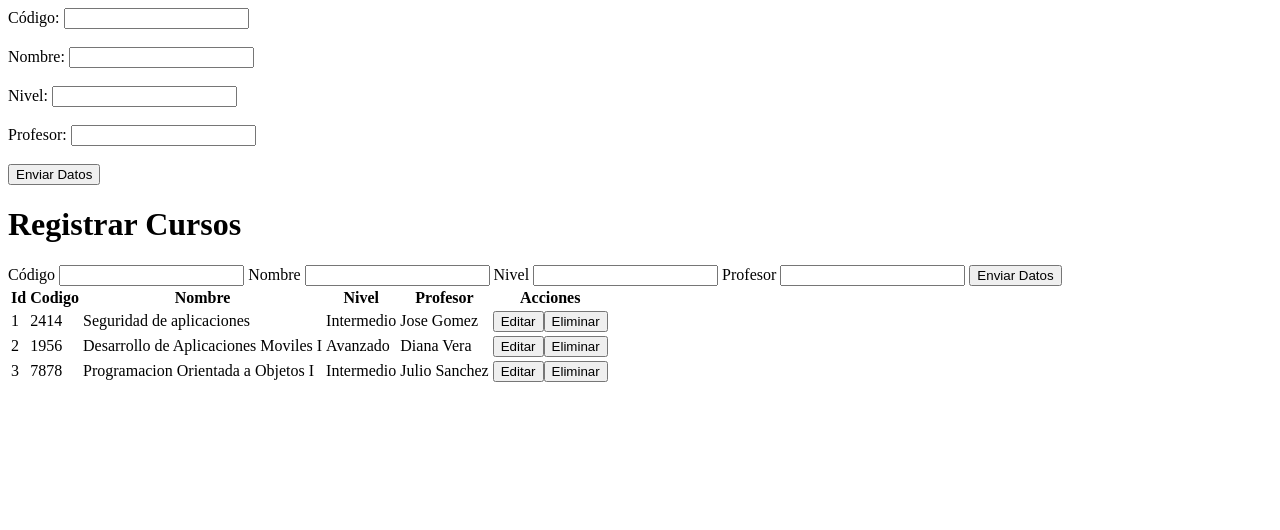
Repository: LuisCondori98/LP1-CIB
Page: http://localhost/Clase-01/demo.jsp
These files come from the project's save history. The page is drawn as it stood at one moment and after the next save; the edit follows.
The browser window is 1280 px wide. The pictures show the whole page.
The page is served by Tomcat 9.

Above is the page before, as saved 2025-01-11 14:37:51.
Not found: Clase-01/Clase-01/maxcdn.bootstrapcdn.com/font-awesome/4.7.0/css/font-awesome.min.css
Not found: Clase-01/Clase-01/stackpath.bootstrapcdn.com/bootstrap/4.4.1/css/bootstrap.min.css

### Clase-01/src/main/webapp/demo.jsp
<%@ page language="java" contentType="text/html; charset=ISO-8859-1"
    pageEncoding="ISO-8859-1"%>
<!DOCTYPE html>
<html>
<head>
<meta charset="ISO-8859-1">
<!-- configuración Font Awesome (iconos) -->
<link rel="stylesheet" href="maxcdn.bootstrapcdn.com/font-awesome/4.7.0/css/font-awesome.min.css">
<!-- configuración bootstrap (estilos) -->
<link rel="stylesheet" href="stackpath.bootstrapcdn.com/bootstrap/4.4.1/css/bootstrap.min.css">
<title>Insert title here</title>
</head>
<body>
	<form action="RegistrarCursoServlet" method="post">

        <label for="codigo">Código:</label>

        <input type="text" id="codigo" name="codigo" required>

        <br><br>



        <label for="nombre">Nombre:</label>

        <input type="text" id="nombre" name="nombre" required>

        <br><br>



        <label for="nivel">Nivel:</label>

        <input type="text" id="nivel" name="nivel" required>

        <br><br>



        <label for="profesor">Profesor:</label>

        <input type="text" id="profesor" name="profesor" required>

        <br><br>



        <input type="submit" value="Enviar Datos">

    </form>

<h1>Registrar Cursos</h1>

    <form action="RegistrarCursoServlet" method="post">

        <label for="codigo">Código</label>

        <input type="text" id="codigo" name="codigo" required>



        <label for="nombre">Nombre</label>

        <input type="text" id="nombre" name="nombre" required>



        <label for="nivel">Nivel</label>

        <input type="text" id="nivel" name="nivel" required>



        <label for="profesor">Profesor</label>

        <input type="text" id="profesor" name="profesor" required>



        <input type="submit" value="Enviar Datos">

    </form>
	<table class="table-success">
		<tr>
			<th>Id</th>
			<th>Codigo</th>
			<th>Nombre</th>
			<th>Nivel</th>
			<th>Profesor</th>
			<th>Acciones</th>
		</tr>
		<tr>
			<td>1</td>
			<td>2414</td>
			<td>Seguridad de aplicaciones</td>
			<td>Intermedio</td>
			<td>Jose Gomez</td>
			<td><button>Editar</button><button>Eliminar</button></td>
		</tr>
		<tr>
			<td>2</td>
			<td>1956</td>
			<td>Desarrollo de Aplicaciones Moviles I</td>
			<td>Avanzado</td>
			<td>Diana Vera</td>
			<td><button>Editar</button><button>Eliminar</button></td>
		</tr>
		<tr>
			<td>3</td>
			<td>7878</td>
			<td>Programacion Orientada a Objetos I</td>
			<td>Intermedio</td>
			<td>Julio Sanchez</td>
			<td><button class="btn btn-success">Editar</button><button>Eliminar</button></td>
		</tr>
	</table>
</body>
</html>

After the next save:
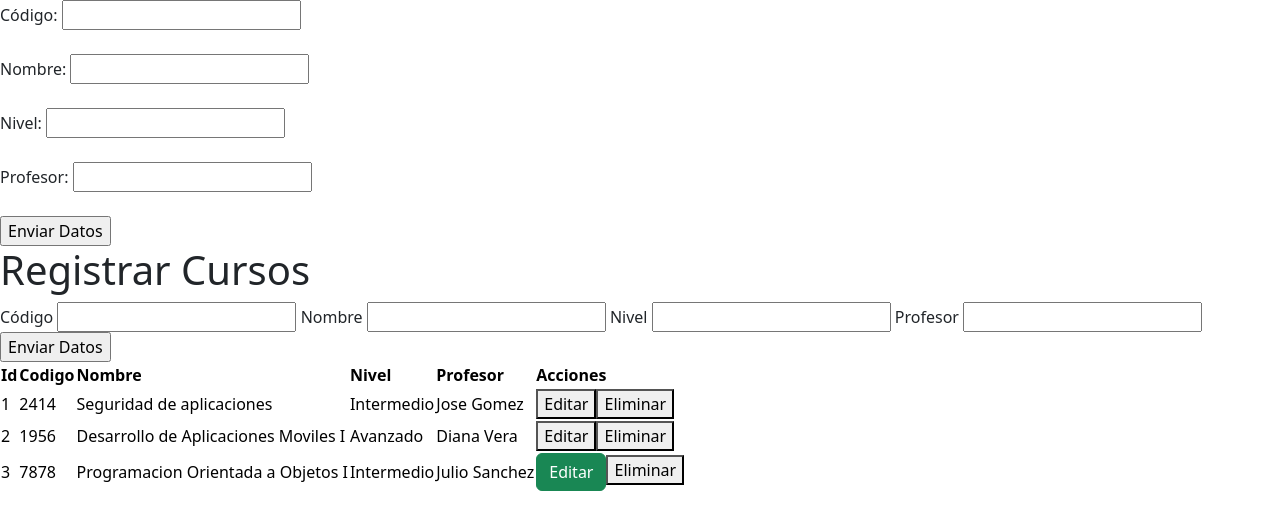
Saved 36 s later.
--- a/Clase-01/src/main/webapp/demo.jsp
+++ b/Clase-01/src/main/webapp/demo.jsp
@@ -5,9 +5,7 @@
 <head>
 <meta charset="ISO-8859-1">
 <!-- configuración Font Awesome (iconos) -->
-<link rel="stylesheet" href="maxcdn.bootstrapcdn.com/font-awesome/4.7.0/css/font-awesome.min.css">
-<!-- configuración bootstrap (estilos) -->
-<link rel="stylesheet" href="stackpath.bootstrapcdn.com/bootstrap/4.4.1/css/bootstrap.min.css">
+<link href="https://cdn.jsdelivr.net/npm/bootstrap@5.3.3/dist/css/bootstrap.min.css" rel="stylesheet" integrity="sha384-QWTKZyjpPEjISv5WaRU9OFeRpok6YctnYmDr5pNlyT2bRjXh0JMhjY6hW+ALEwIH" crossorigin="anonymous">
 <title>Insert title here</title>
 </head>
 <body>
